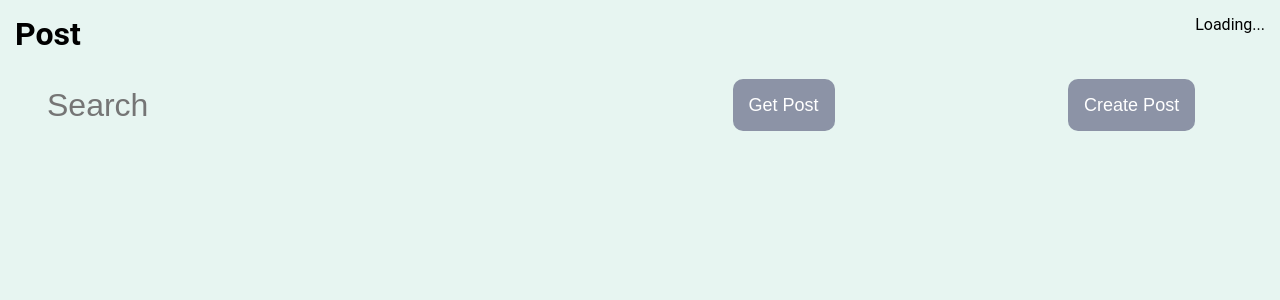
Repository: Axeliriya/vue-todo
Page: /
These files come from the project's save history. The page is drawn as it stood at one moment and after the next save; the edit follows.
The browser window is 1280 px wide. The pictures show the whole page.
The page's requests for data from a server got no answer. The project was rebuilt for these pictures with package versions that can differ from the ones it lists, and the page was loaded fresh each time. No one was signed in, and anything a server would have sent is missing. Also part of the build but not shown: vue.config.js, src/components/PostItem.vue, src/components/PostList.vue, src/components/PostForm.vue.

Above is the page before, as saved 2022-04-02 01:38:50.

### public/index.html
<!DOCTYPE html>
<html lang="">
  <head>
    <meta charset="utf-8">
    <meta name="viewport" content="width=device-width,initial-scale=1.0">
    <link rel="icon" href="<%= BASE_URL %>favicon.ico">
    <title>Todo</title>
  </head>
  <body>
    <div id="app"></div>
  </body>
</html>

### src/main.js
import { createApp } from 'vue';
import App from './App';
import components from '@/components/UI';

const app = createApp(App);

components.forEach(component => {
  app.component(component.name, component);
});

app.mount('#app');

### src/App.vue
<template>
  <div class="app">
    <header class="header">
      <h1 class="title">Post</h1>
      <div class="head">
        <custom-input placeholder="Search" />
        <custom-btn @click="fetchPosts">Get Post</custom-btn>
        <custom-btn @click="showModal">Create Post</custom-btn>
      </div>
    </header>
    <main class="main">
      <div class="loader" v-if="true"><span>Loading...</span></div>
      <post-list v-else :posts="posts" @remove="removePost" />
      <custom-modal v-model:show="show"
        ><post-form v-model:show="show" @create="createPost"
      /></custom-modal>
    </main>
  </div>
</template>

<script>
import axios from 'axios';
import PostList from '@/components/PostList';
import PostForm from '@/components/PostForm';

export default {
  components: {
    PostList,
    PostForm,
  },
  data() {
    return {
      posts: [],
      show: false,
      isLoading: false,
    };
  },
  methods: {
    createPost(post) {
      this.posts.push(post);
      this.show = false;
    },
    removePost(post) {
      this.posts = this.posts.filter(({ id }) => id !== post.id);
    },
    showModal() {
      this.show = true;
    },
    async fetchPosts() {
      this.isLoading = true;
      try {
        const { data } = await axios.get(
          'https://jsonplaceholder.typicode.com/posts?_limit=10',
        );
        this.posts = [...this.posts, ...data];
      } catch (e) {
        console.log(e?.message);
      } finally {
        this.isLoading = false;
      }
    },
  },
  mounted() {
    this.fetchPosts();
  },
};
</script>

<style>
* {
  margin: 0;
  padding: 0;
  box-sizing: border-box;
}

body {
  font-family: 'Roboto', sans-serif;
}

ul {
  list-style-type: none;
}

img {
  display: block;
  width: 100%;
  height: auto;
}

.app {
  display: grid;
  grid-template-columns: auto 1fr auto;
  grid-template-rows: auto 1fr;
  padding: 15px;
  height: 100vh;
  background-color: #e7f5f1;
}

.header {
  grid-template-columns: 1fr;
  grid-column: 2/ -2;
}

.head {
  display: flex;
  justify-content: space-between;
  align-items: center;
}

.loader {
  grid-column: 2/ -2;
  text-align: center;
}
</style>

### src/components/UI/index.js
import CustomBtn from '@/components/UI/CustomBtn';
import CustomInput from '@/components/UI/CustomInput';
import CustomModal from '@/components/UI/CustomModal';

export default [CustomBtn, CustomInput, CustomModal];

### src/components/UI/CustomBtn.vue
<template>
  <button class="button"><slot></slot></button>
</template>

<script>
export default {
  name: 'custom-btn',
};
</script>

<style scoped>
.button {
  border: none;
  background: rgb(3, 2, 53, 0.4);
  border-radius: 10px;
  padding: 16px;
  color: #ffffff;
  font-weight: 500;
  font-size: 18px;
  line-height: 20px;
  cursor: pointer;
}

.button:hover {
  background: rgb(3, 2, 53, 0.5);
}
</style>

### src/components/UI/CustomInput.vue
<template>
  <input class="input" :value="modelValue" @input="updateInput" type="text" />
</template>

<script>
export default {
  name: 'custom-input',
  props: {
    modelValue: [String, Number],
  },
  methods: {
    updateInput(e) {
      this.$emit('update:modelValue', e.target.value);
    },
  },
};
</script>

<style scoped>
.input {
  background-color: transparent;
  border: none;
  padding: 32px;
  font-weight: 400;
  font-size: 32px;
  line-height: 40px;
}
</style>

### src/components/UI/CustomModal.vue
<template>
  <div class="overlay" v-if="show" @click="showModal">
    <div class="modal" @click.stop>
      <slot></slot>
    </div>
  </div>
</template>

<script>
export default {
  name: 'custom-modal',
  props: {
    show: {
      type: Boolean,
      default: false,
    },
  },
  methods: {
    showModal() {
      this.$emit('update:show', false);
    },
  },
};
</script>

<style scoped>
.overlay {
  position: fixed;
  top: 0;
  left: 0;
  right: 0;
  bottom: 0;
  background-color: rgb(0, 0, 0, 0.2);
  display: flex;
  justify-content: end;
}

.modal {
  padding: 15px;
  background-color: #fff;
}
</style>

After the next save:
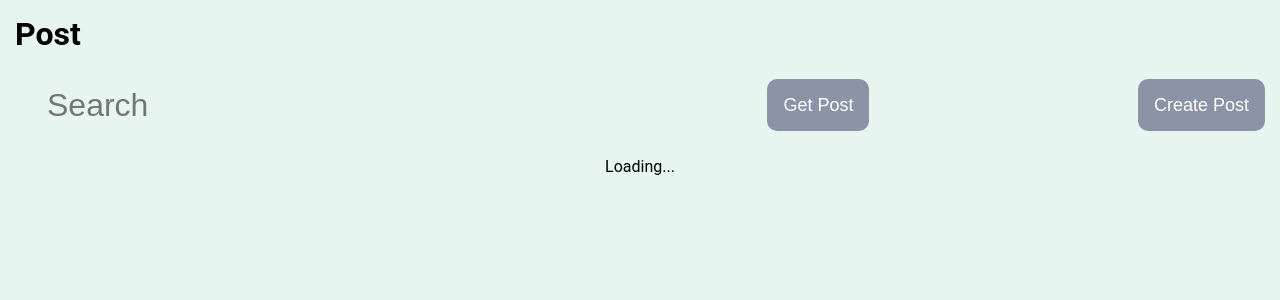
Saved 38 s later.
--- a/src/App.vue
+++ b/src/App.vue
@@ -107,8 +107,11 @@ img {
   align-items: center;
 }
 
+.main {
+  grid-column: 2/ -2;
+}
+
 .loader {
-  grid-column: 2/ -2;
   text-align: center;
 }
 </style>
